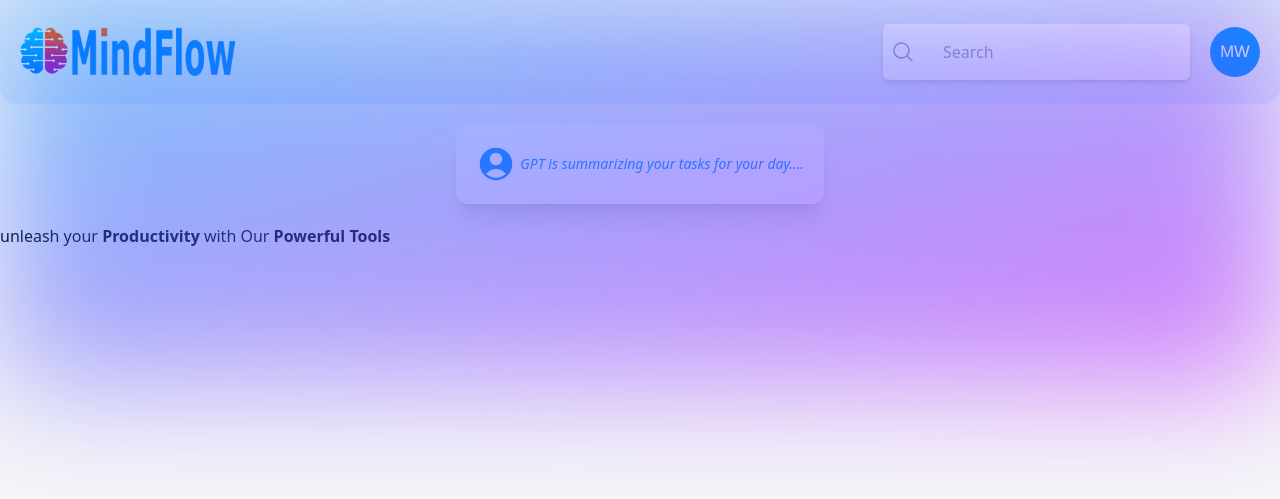
Repository: MikeeBuilds/trello-clone
Page: /
These files come from the project's save history. The page is drawn as it stood at one moment and after a run of saves; the edit follows.
The browser window is 1280 px wide. The pictures show the whole page.
The project was rebuilt for these pictures with package versions that can differ from the ones it lists, and the page was loaded fresh each time. The framework's server and built-in components were replaced by stand-ins that run in the browser. Also part of the build but not shown: next.config.js.

Above is the page before, as saved 2023-05-28 14:59:13.

### app/layout.tsx
import './globals.css'

export const metadata = {
  title: 'MindFlow',
  description: 'Created by AlgoHussle',
}

export default function RootLayout({
  children,
}: {
  children: React.ReactNode
}) {
  return (
    <html lang="en">
      <body className='bg-[#f5f6f8]'>{children}</body>
    </html>
  )
}

### app/page.tsx
import Header from "@/components/Header";

export default function Home() {
  return (
    <main className="">
      {/* Header */}
      <Header/>

      {/* Board */}
      <h1>
        unleash your <strong>Productivity</strong> with Our <strong>Powerful Tools</strong>
      </h1>
    </main>
  );
}

### components/Header.tsx
'use client'

import Image from 'next/image'
import React from 'react'
import { MagnifyingGlassIcon, UserCircleIcon } from "@heroicons/react/24/solid"
import Avatar from 'react-avatar'



function Header() {
  return (
    <header>
        <div className='flex flex-col md:flex-row items-center p-5 bg-blue-500/10 rounded-b-2xl'>


        <div
            className='
                absolute
                top-0
                left-0
                w-full
                h-96
                bg-gradient-to-br
                from-[#0096FF]
                to-[#BF00FF]
                rounded-b-2xl
                filter
                blur-3xl
                opacity-50
                '
        />

        <Image
        src="/images/mindflow.png"
        alt="logo"
        width={300}
        height={100}
        className="w-44 md:w-56 pb-10 md:pb-0 object-contain"
        priority={true}
        />

        <div className='flex items-center space-x-5 flex-1 justify-end w-full'>
            {/* Search Box */}

            <form className='flex items-center space-x-5 bg-white rounded-md p-2 shadow-md flex-1
            md:flex-initial'>
                <MagnifyingGlassIcon className="h-6 w-6 text-gray-400" />
                <input type="text" placeholder='Search' className='flex-1 outline-none p-2'/>
                <button type='submit' hidden>Search</button>
            </form>

            {/* User Avatar */}
            <Avatar name='Mike Woods' round size='50' color='#0096FF' />
        </div>
        </div>

        <div className='flex items-center justify-center px-5 py-2 md:py-5'>
            <p className=' p-5 flex items-center text-sm font-light pr-5 shadow-xl rounded-xl w-fit bg-white
            italic max-w-3xl text-[#0096FF]'>
                <UserCircleIcon className='inline-block h-10 w-10 text-[#0096FF] mr-1'/>
                GPT is summarizing your tasks for your day....
            </p>
        </div>
    </header>
  )
}

export default Header

Loaded but not shown: app/globals.css (common file); tailwind.config.js (common file)

After the next 3 saves:
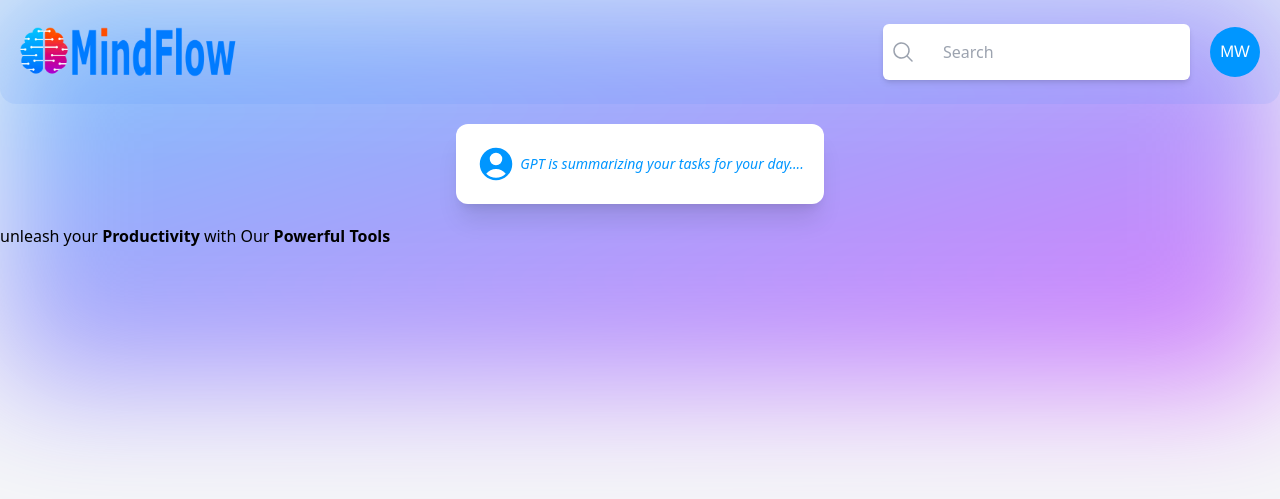
The 3 saves are shown as one change because they came seconds apart.
The last was saved 21 s later.
--- a/components/Header.tsx
+++ b/components/Header.tsx
@@ -27,6 +27,7 @@
                 filter
                 blur-3xl
                 opacity-50
+                -z-50
                 '
         />
 
